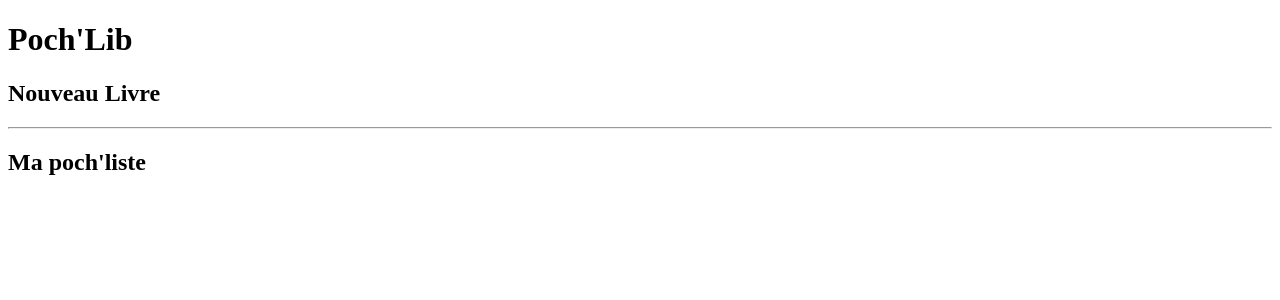
Repository: Cadigrace/pochlib
Page: index.html
An editor plug-in stored every save of this project. The page is shown before and after the next save, followed by the edit.
The browser window is 1280 px wide. The pictures show the whole page.

Above is the page before, as saved 2023-03-11 09:46:52.
Console error: SyntaxError: Invalid or unexpected token

### index.html
<!DOCTYPE html>
<html lang="fr">
	<head>
		<title>Poch'Lib</title>
		<meta charset="utf-8" />
		<meta name="viewport" content="width=device-width, initial-scale=1">
  	</head>
  	<body>
		<div id="myBooks">
			<h1 class="title">Poch'Lib</h1>
			<h2 class="h2">Nouveau Livre</h2>
			<hr>
			<div id="content">
				<h2>Ma poch'liste</h2>
			</div>
		</div>
  	</body>

		<script src="./js/jquery-3.6.4.min.js"></script>
		<script src="./js/application.js" ></script>
</html>

### js/application.js

function createAddButton() {
  var addButton = $('<button type="button">Ajouter un nouveau livre</button>');
  $('.h2').after(addButton);
  addButton.click(function() {
    showSearchForm();
  })
}

function showSearchForm() {
  var form = $('\
    <div>
      <label></label>
      <input type="text" name="title">
  ')
}

$(function() {

  // Creer le bouton Ajout
  createAddButton();

});

Loaded but not shown: js/jquery-3.6.4.min.js (library)

After the next save:
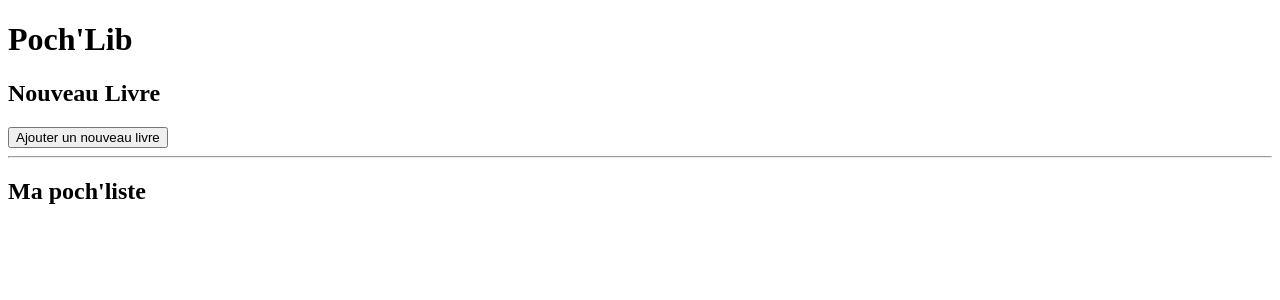
The error is gone.
Saved 54 s later.
--- a/js/application.js
+++ b/js/application.js
@@ -9,9 +9,9 @@ function createAddButton() {
 
 function showSearchForm() {
   var form = $('\
-    <div>
-      <label></label>
-      <input type="text" name="title">
+    <div> \
+      <label></label> \
+      <input type="text" name="title"> \
   ')
 }
 
